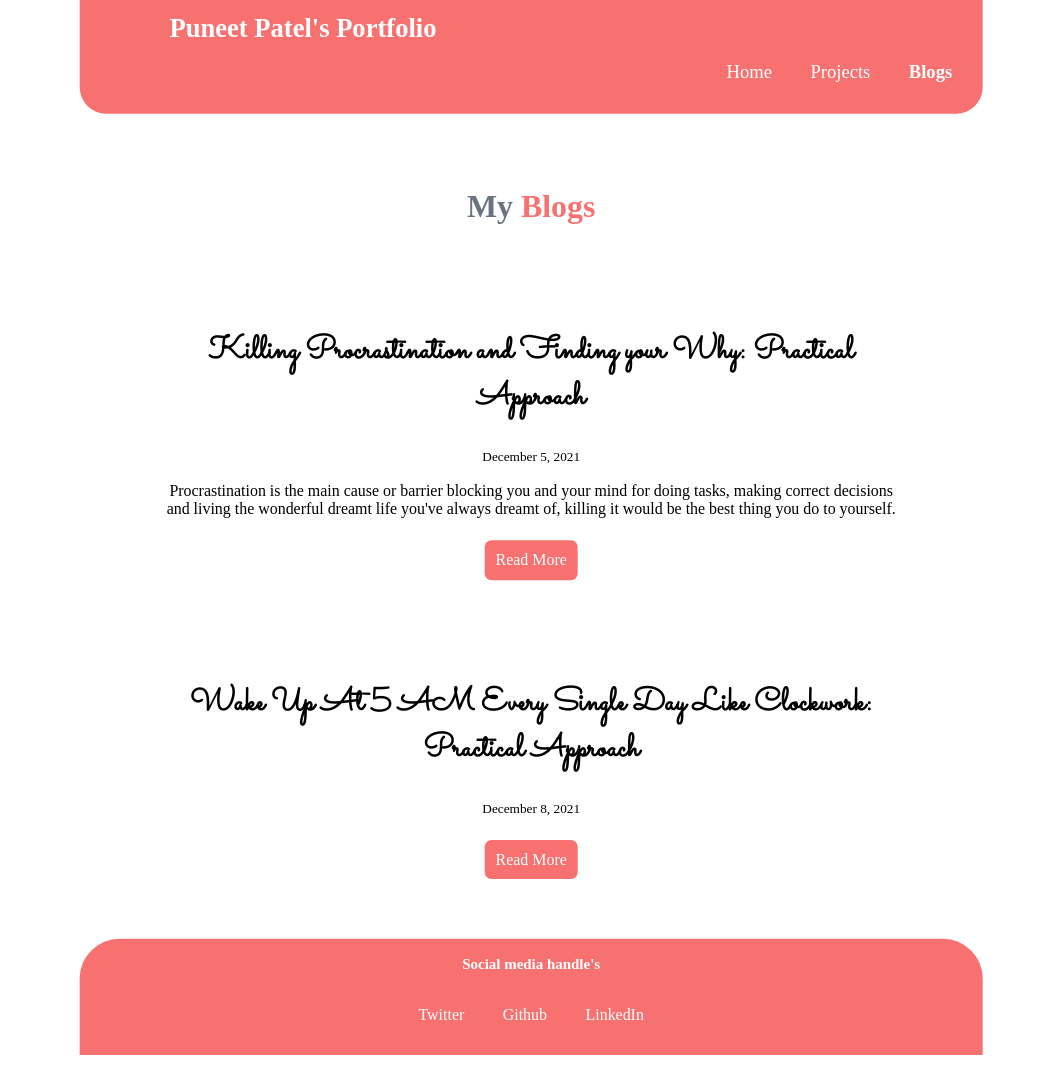
Repository: PuneetP16/Portfolio
Page: blogs.html
The author's editor kept a copy of each file at every save. The page is drawn from the files as they stood at one save, then again after the next save.
The browser window is 1280 px wide. The pictures show the whole page, at 83% of full size.
Some web fonts or font styles are not loaded; a fallback is used.

Above is the page before, as saved 2021-12-10 02:13:33.

### blogs.html
<!DOCTYPE html>
<html lang="en">

<head>
  <meta charset="UTF-8" />
  <meta name="viewport" content="width=device-width, initial-scale=1.0" />
  <title>Blogs | Puneet Patel's Portfolio</title>
  <link rel="stylesheet" href="style.css" />
</head>

<body>
  <nav class="navigation">
    <div class="nav-head">
      <a class="link-without-decoration" href="/"> Puneet Patel's Portfolio </a>
    </div>
    <ul class="list-non-bullet nav-pills">
      <li class="list-item-inline">
        <a class="link" href="/">Home</a>
      </li>
      <li class="list-item-inline">
        <a class="link" href="projects.html">Projects</a>
      </li>
      <li class="list-item-inline">
        <a class="link link-active" href="blogs.html">Blogs</a>
      </li>
    </ul>
  </nav>

  <header class="hero">
    <h1 class="hero-heading">My <span>Blogs</span></h1>
  </header>

  <ul class="list-non-bullet">
    <li>
      <article class="list-item-container container container-center">
        <h1>Killing Procrastination and Finding your Why: Practical Approach</h1>
        <small>December 5, 2021</small>
        <p>
          Procrastination is the main cause or barrier blocking you and your mind for doing tasks, making correct decisions and living the wonderful dreamt life you've always dreamt of, killing it would be the best thing you do to yourself.
        </p>
        <a class="link link-primary" href="killing_procrastination.html" target="_blank">Read More</a>
      </article>
    </li>

    <li>
      <article class="list-item-container container container-center">
        <h1>Wake Up At 5 AM Every Single Day Like Clockwork: Practical Approach </h1>
        <small>December 8, 2021</small>
        <p>

        </p>
        <a class="link link-primary" href="Wake Up At 5 AM Every Single Day Like Clockwork.html" target="_blank">Read More</a>
      </article>
    </li>
  </ul>

  <footer class="footer">
    <div class="footer-header">Social media handle's</div>
    <ul class="social-links list-non-bullet">
      <li class="list-item-inline">
        <a class="link" href="https://twitter.com/PatelPuneet16" target="_blank">Twitter</a>
      </li>
      <li class="list-item-inline">
        <a class="link" href="https://github.com/PuneetP16" target="_blank">Github</a>
      </li>
      <li class="list-item-inline">
        <a class="link" href="https://www.linkedin.com/in/puneet-patel-96b607a0/" target="_blank">LinkedIn</a>
      </li>
    </ul>
  </footer>
</body>

</html>

### style.css
@import url('https://fonts.googleapis.com/css2?family=Fuzzy+Bubbles&family=Merriweather&family=Montserrat:ital,wght@0,400;1,500&family=Sacramento&display=swap');

:root {
  --primary-color: #F87171;
  --off-white: #f3f4f6;
  --dark-gray: #6b7280;
}

body {
  font-family: 'Fuzzy Bubbles', cursive;
  max-width: 85%;
  margin: 0px auto;
  font-size: 1.2rem;
}

.container {
  padding-left: 1rem;
  padding-right: 1rem;
}

.container-center {
  max-width: 900px;
  width: 100%;
  margin: auto;
}

.container-center h1 {
  font-family: 'Sacramento', cursive;
  font-size: 2.4rem;
}

hr {
  margin: 2rem 0;
}

/** links **/
.link {
  text-decoration: none;
  border-radius: 0.5rem;
  padding: 0.8rem 0.8rem;
  margin-top: 0.5rem;
  margin-bottom: 0.5rem;
  display: inline-block;
}

.link-primary {
  background-color: var(--primary-color);
  color: white;
}

.link-secondary {
  border: 1px solid var(--primary-color);
  color: var(--primary-color);
}

.link-without-decoration {
  display: block;
  text-decoration: none;
  color: white;
  font-size: 2rem;
  margin: auto;
  text-align: center;
  padding-right: 550px;
}

/** Lists **/
.list-non-bullet {
  list-style: none;
  padding-inline-start: 0px;
  margin-block-end: 0px;
}

.list-item-inline {
  display: inline;
  padding: 0rem 0.5rem;
}

.list-item-container {
  padding: 1rem;
  text-align: center;
  border-radius: 1rem;
  margin-top: 1rem;
  margin-bottom: 3rem;
}

/** Navigation **/
.navigation {
  background-color: var(--primary-color);
  color: white;
  padding: 1rem;
  margin-bottom: 2rem;
  border-bottom-left-radius: 2rem;
  border-bottom-right-radius: 2rem;
}

.navigation .nav-head {
  font-weight: bold;
  font-size: 1.2rem;
}

.navigation .nav-pills {
  text-align: right;
  margin-top: 0px;
}

.navigation .link {
  color: white;
  font-size: 1.4rem;
}

.navigation .link-active {
  font-weight: bold;
}

/** Header **/
.hero {
  padding: 2rem;
}

.hero .hero-img {
  max-width: 450px;
  display: block;
  margin: auto;
}

.hero .hero-heading {
  color: var(--dark-gray);
  text-align: center;
}

.hero .hero-heading span {
  color: var(--primary-color);
}
/** Sections **/

.section {
  margin-top: 2rem;
  padding: 2rem;
  border-radius: 1rem;
  text-align: center;
}

.section p {
  font-size: 1.2rem;
}

.ow {
  background-color: var(--off-white);
}

/** Footer **/
.footer {
  background-color: var(--primary-color);
  color: white;
  margin-top: 2rem;
  padding: 2rem;
  padding-top: 20px;
  padding-bottom: 16px;
  border-top-right-radius: 1rem;
  text-align: center;
  border-top-left-radius: 3rem;
  border-top-right-radius: 3rem;
}

.footer .footer-header {
  font-weight: bold;
  font-size: large;
}

.footer .link {
  color: white;
}

.footer .social-links {
  padding-inline-start: 0px;
  margin-top: 8 px;
}

/** Blog Styling **/

.blog-container {
  padding-left: 1rem;
  padding-right: 1rem;
}

.blog-container-center {
  max-width: 700px;
  width: 100%;
  margin: auto;
}

div .blog-paragraph {
  margin-top: 2rem;
  margin-bottom: 2rem;
  line-height: 1.6;
}

div .blog-h2 {
  margin-top: 2rem;
  margin-bottom: 2rem;
}

div .blog-img {
  width: 100%;
  display: block;
}

div .blog-head {
  padding: 1rem;
}

/** blog footer **/

.blog-footer {
  color: Black;
  margin-top: 2rem;
  padding: 2rem;
  border-top-right-radius: 1rem;
  text-align: center;
}

.blog-footer .link {
  color: blue;
}

.main-head {
  font-weight: normal;
  margin-bottom: 0.5rem;
}

.quotes {
  text-align: center;
  font-size: 1.6rem;
  color:darkcyan;
}

.contact-me {
  background-color:#FEE2E2;
  padding: 0.05rem 0.5rem 2rem 0.5rem;
  border-radius: 1rem;
  font-size: 1.13rem;
}


.contact-me .btn{
  /* text-align: center;
  width: auto; */
  border-radius: 15px;
  font-size: 20px;
  font-weight: 600;
  background-color: var(--primary-color);
  color: white;
  padding: 10px 30px;
  border: 2px solid #000000;
  margin: auto;
  margin-top: 1rem;
  cursor: pointer;
  max-width: 85%;
}

.contact-me .btn:hover{
  background-color: #5FA8D3;
  color: #1B4965;
}

After the next save:
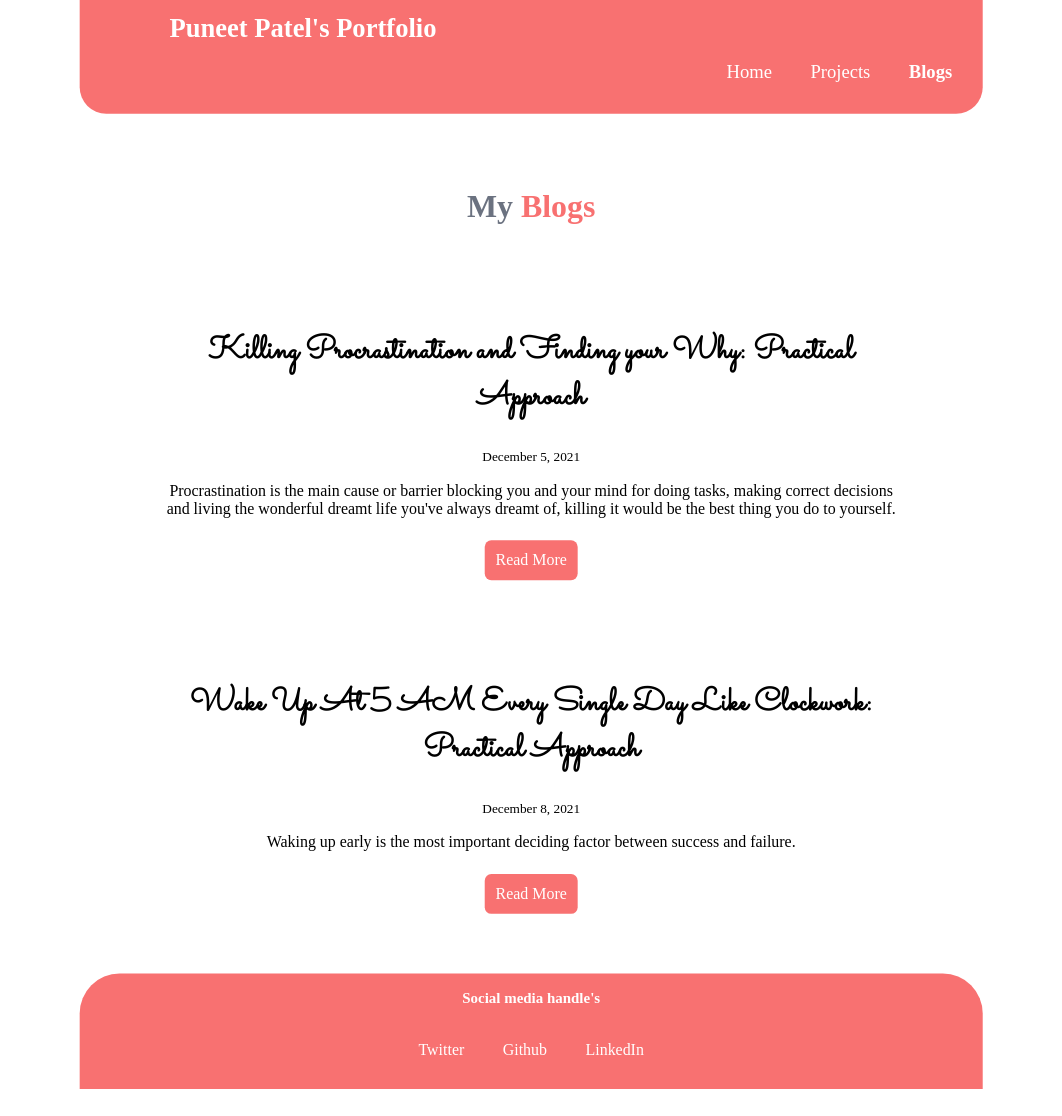
Saved 5 min 7 s later.
--- a/blogs.html
+++ b/blogs.html
@@ -47,7 +47,7 @@
         <h1>Wake Up At 5 AM Every Single Day Like Clockwork: Practical Approach </h1>
         <small>December 8, 2021</small>
         <p>
-
+          Waking up early is the most important deciding factor between success and failure.
         </p>
         <a class="link link-primary" href="Wake Up At 5 AM Every Single Day Like Clockwork.html" target="_blank">Read More</a>
       </article>
